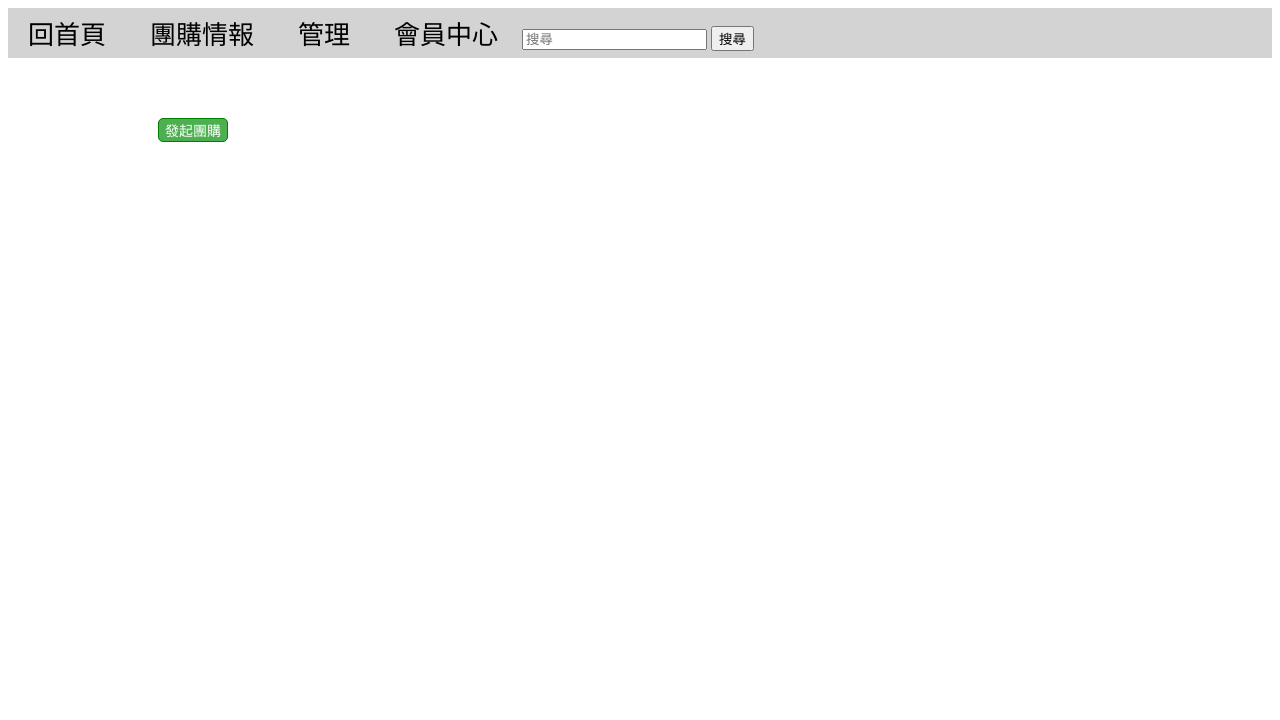
Repository: irlmpbfhvf2009/2021-09-17-Pro2-MVC
Page: http://localhost/Groupon/Home-query.jsp
The author's editor kept a copy of each file at every save. The page is drawn from the files as they stood at one save, then again after the next save.
The browser window is 1280 px wide. The pictures show the whole page.
The page is served by Tomcat 9. Other server files are loaded and not shown. Queries for data that is not in the repository find no rows.

Above is the page before, as saved 2021-09-16 07:59:58.

### Groupon/src/main/webapp/Home-query.jsp
<%@ page language="java" contentType="text/html; charset=UTF-8"
    pageEncoding="UTF-8"%>
<%@ taglib uri="http://java.sun.com/jsp/jstl/sql" prefix="sql" %>
<%@ taglib uri="http://java.sun.com/jsp/jstl/core" prefix="c" %>
<sql:setDataSource var="ds" dataSource="jdbc/Pro2DB" />
<sql:query sql="select * from GrouponProduct where productName like '%${seach}%' " var="rs" dataSource="${ds}" />
<!DOCTYPE html>
<html>
<head>
<meta charset="UTF-8">
<title>團購情報</title>
<link rel="stylesheet" href="style.css">
</head>
<body>
    <nav>
        <a href="Home.jsp">回首頁</a>
        <a href="Intelligence.jsp">團購情報</a>
        <a href="Manage.jsp">管理</a>
        <a href="">會員中心</a>
        <form action="./ProServlet" method="post" style="display:inline;">
        <input type="text" placeholder="搜尋" name="seach">
        <input type="submit" name="seachbtn" value="搜尋">
        </form>
    </nav>
    <div class="divlist">
    <a href="Manage-add.jsp"><input class="sgbtn" type="button" value="發起團購"></a><br><br>
    <c:forEach var="row" items="${rs.rows}">
    <a href="Intelligence-product.jsp?id=${row.id}">
    <img style="width:150px;float:left;margin-right:20px;" src="data:[embedded picture, 2734 characters]"></a>
    <a href="Intelligence-product.jsp?id=${row.id}"><span class="productname">${row.productName}</span></a><br>
    <span class="newpriceShow">${row.newprice}</span>元
    (原價<span class="priceShow">${row.price}</span>元
    ,<span class="newpriceShow">${row.discount}</span>折)<br><br>
    剩餘數量 ${row.quantity}<br>
    上架日 ${row.date} 截止日 ${row.deadline}
    <br><br>
    <hr>
    </c:forEach>
    </div>
</body>
</html>

### Groupon/src/main/webapp/style.css
@charset "UTF-8";
.sgbtn {
	background-color: #4CAF50;
	border: 1px solid green;
	border-radius: 5px;
	color: white;
	text-align: center;
	display: inline-block;
	font-size: 14px;
	cursor: pointer;
	}
nav{
	background-color:lightgray;
	height:50px;
	margin:0 auto;
	padding:0 auto;
	}
nav a {color: black;
	text-decoration: none;
	display: inline-block;
	padding: 6px 20px;
	font-size: 26px;
	background-color: lightgray;
	transition: 0.5s;
	}
nav a:hover {
	background-color: gray;
	}
.divform {
	margin:0 auto;margin-top: 50px;
	padding:30px;
	border: 3px solid rgb(111, 108, 108);
    border-radius: 10px;
    border-collapse: collapse;
	width: 400px;
	}
.divlist {
	margin-left:100px;
	margin-top: 10px;
	padding: 50px;
	width: 650px;
	height: 100px;
	font-size:20px;
}

.newpriceShow{
	font-size:22px;color:red;
	}
.priceShow{
	color:red;
	font-size:20px;
	text-decoration:line-through;
	}
.bor{
	width:600px
	}
.spanText {
	font-size: 3px;
	color: silver;
}

table {
	margin: auto;
	margin-top: 50px;
}

th, td {
	border: 1px solid;
	background-color: rgb(191, 216, 206);
	text-align: center;
}
input[type="file"] {
	position: fixed;
	right: 100%;
	bottom: 100%;
}

.custom-file-upload {
	border: 1px solid #ccc;
	display: inline-block;
	padding: 6px 12px;
	cursor: pointer;
}

After the next save:
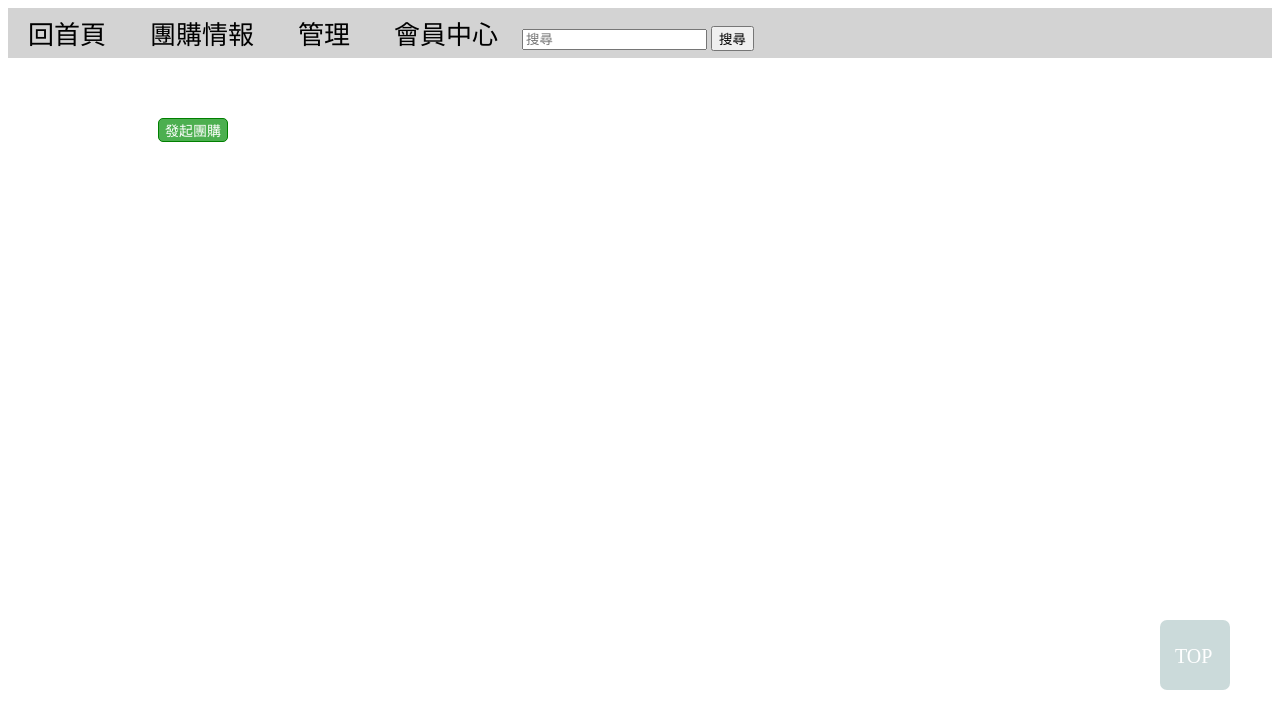
Saved 2 min 45 s later.
--- a/Groupon/src/main/webapp/Home-query.jsp
+++ b/Groupon/src/main/webapp/Home-query.jsp
@@ -37,5 +37,8 @@
     <hr>
     </c:forEach>
     </div>
+        <div class="box">
+        <a href="#">TOP</a>
+    </div>
 </body>
 </html>
--- a/Groupon/src/main/webapp/style.css
+++ b/Groupon/src/main/webapp/style.css
@@ -81,3 +81,25 @@ input[type="file"] {
 	padding: 6px 12px;
 	cursor: pointer;
 }
+
+        .box {
+            border-radius: 10%;
+            background: rgb(203, 218, 218);
+            position: fixed;
+            right: 50px;
+            bottom: 30px;
+            z-index: 2;
+        }
+
+        .box a {
+            display: block;
+            width: 70px;
+            height: 70px;
+            padding: 25px 15px;
+            font-size: 20px;
+            text-decoration: none;
+            color: white;
+        }
+        * {
+            box-sizing: border-box;
+        }
